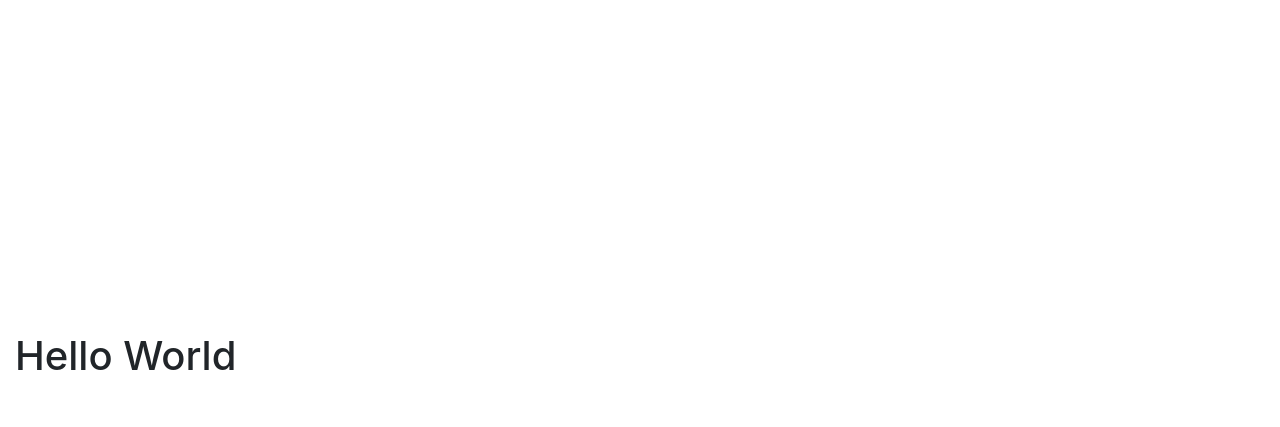
Repository: Thekxgh/website
Page: /
These files come from the project's save history. The page is drawn as it stood at one moment and after the next save; the edit follows.
The browser window is 1280 px wide. The pictures show the whole page.
The project was rebuilt for these pictures with package versions that can differ from the ones it lists, and the page was loaded fresh each time.

Above is the page before, as saved 2021-07-14 09:30:58.

### src/index.scss
$primary: #998053;
$dark: #050507;
$light-primary-bg: #DDDEE7;
$light-primary: #DDDEE7;
$theme-colors: (
    "primary": $primary,
    "info": $light-primary,
    "danger": teal,
    "dark": $dark
);

@import '~bootstrap/scss/bootstrap.scss';
body {
  margin: 0;
  font-family: -apple-system, BlinkMacSystemFont, 'Segoe UI', 'Roboto', 'Oxygen',
    'Ubuntu', 'Cantarell', 'Fira Sans', 'Droid Sans', 'Helvetica Neue',
    sans-serif;
  -webkit-font-smoothing: antialiased;
  -moz-osx-font-smoothing: grayscale;
}

code {
  font-family: source-code-pro, Menlo, Monaco, Consolas, 'Courier New',
    monospace;
}

### src/App.tsx
import React from 'react';
import { LandingPage } from './presentation/LandingPage';

function App() {
  return (
    <LandingPage />
  );
}

export default App;

### src/presentation/LandingPage.tsx
import { Col, Container, Row } from "react-bootstrap"

export const LandingPage = () => {
    return (
    <Container fluid>
        <Row className="min-vh-100 align-items-center">
            <Col>
                <h1>Hello World</h1>
            </Col>
            <Col className="bg-primary">
            </Col>
        </Row>
    </Container>
    );
}

Loaded but not shown: public/index.html (common file); src/index.tsx (common file)

After the next save:
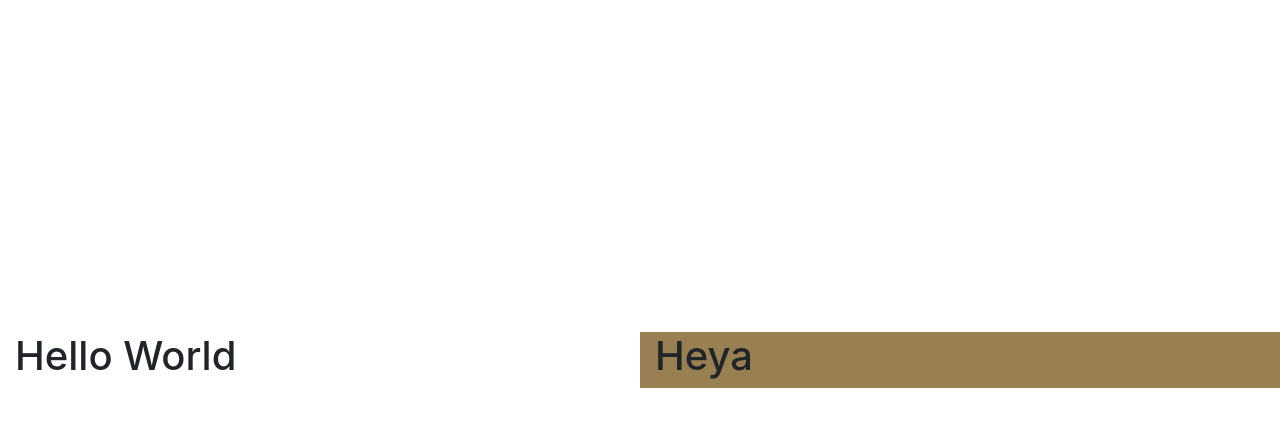
Saved 16 s later.
--- a/src/presentation/LandingPage.tsx
+++ b/src/presentation/LandingPage.tsx
@@ -8,6 +8,7 @@ export const LandingPage = () => {
                 <h1>Hello World</h1>
             </Col>
             <Col className="bg-primary">
+                <h1>Heya</h1>
             </Col>
         </Row>
     </Container>
